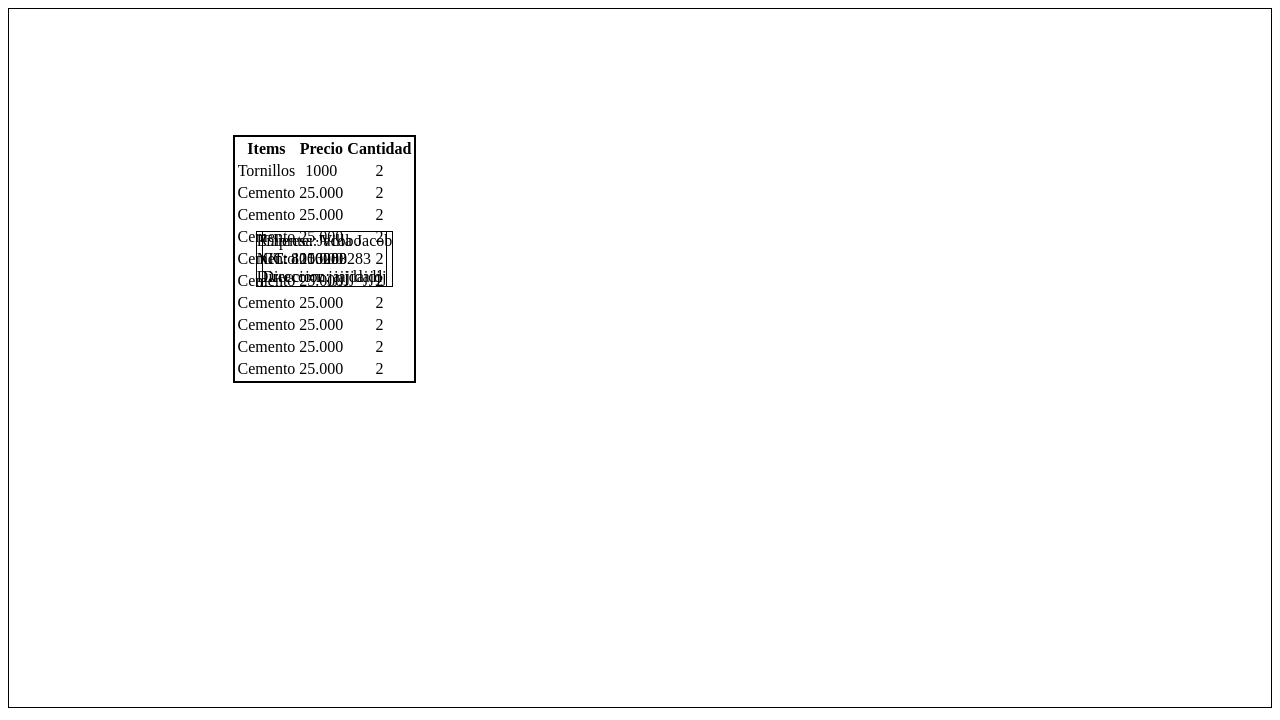
Repository: MrVanQish/FacturaEstructura
Page: index.html
The author's editor kept a copy of each file at every save. The page is drawn from the files as they stood at one save, then again after a run of saves.
The browser window is 1280 px wide. The pictures show the whole page.

Above is the page before, as saved 2021-09-29 10:09:56.

After the next 2 saves:
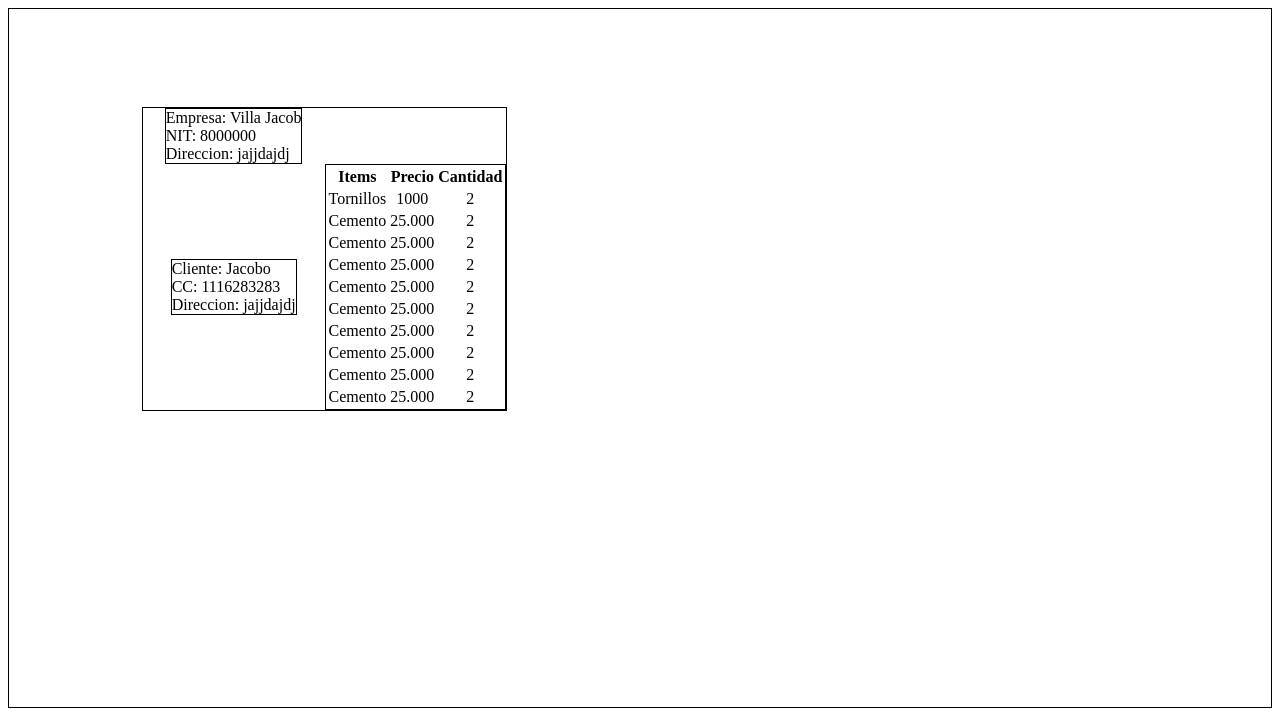
The 2 saves are shown as one change because they came seconds apart.
The last was saved 13 s later.
--- a/styles.css
+++ b/styles.css
@@ -20,9 +20,9 @@
     justify-self: center;
     border: 1px solid #000;
     grid-template-columns: 1fr 1fr;
-    grid-template-rows: 1fr 1fr;
+    grid-template-rows: 1fr auto;
     grid-template-areas:
-      "infoEmpresa-f"
+      "infoEmpresa-f -finfoEmpresa"
       "infoCliente-f items-f" ;
   }
 

After the 2 saves that followed:
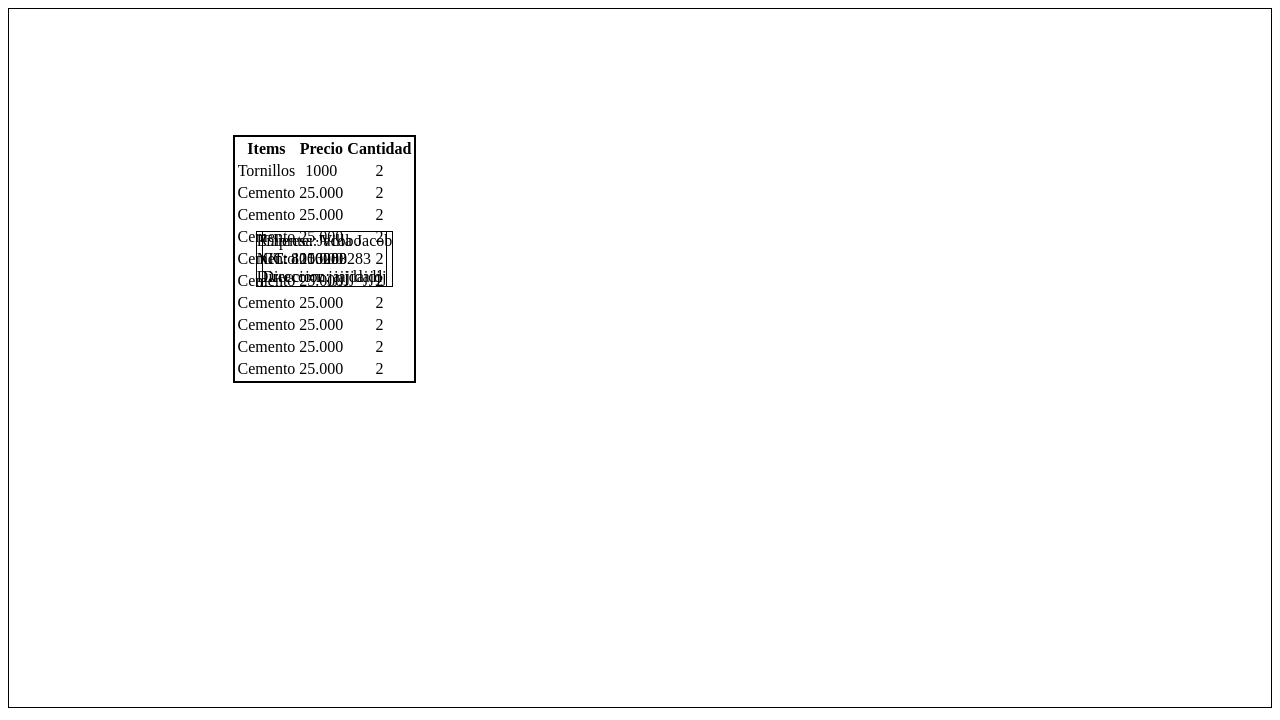
The 2 saves are shown as one change because they came seconds apart.
The last was saved 6 s later.
--- a/styles.css
+++ b/styles.css
@@ -22,7 +22,7 @@
     grid-template-columns: 1fr 1fr;
     grid-template-rows: 1fr auto;
     grid-template-areas:
-      "infoEmpresa-f -finfoEmpresa"
+      "infoEmpresa-f "
       "infoCliente-f items-f" ;
   }
 
